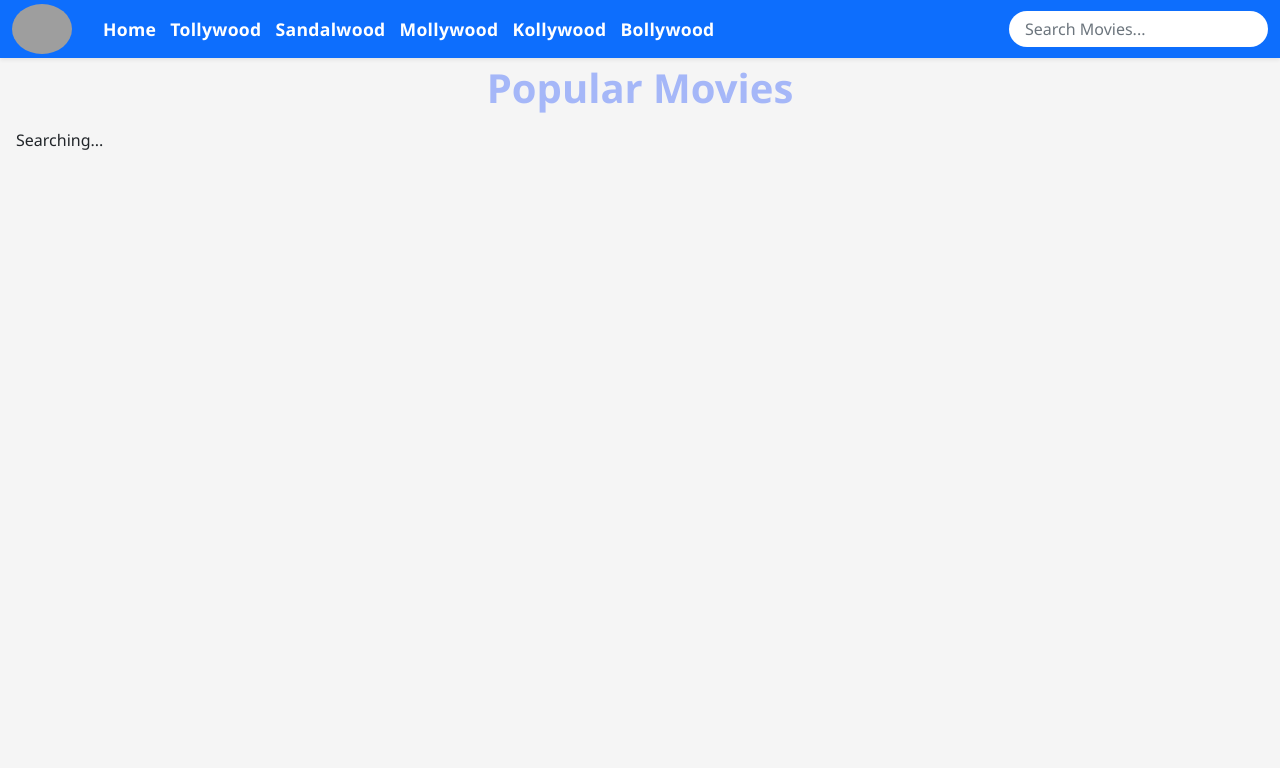
Repository: chandu7777158/Movies_spot
Page: /
An editor plug-in stored every save of this project. The page is shown before and after the next save, followed by the edit.
The browser window is 1280 px wide. The pictures show the whole page.
Pictures or frames that could not be fetched are drawn as grey boxes. The page's requests for data from a server got no answer. The project was rebuilt for these pictures with package versions that can differ from the ones it lists, and the page was loaded fresh each time. No one was signed in, and anything a server would have sent is missing. Also part of the build but not shown: vite.config.js, src/components/MovieCard.jsx.

Above is the page before, as saved 2026-01-29 10:47:09.

After the next save:
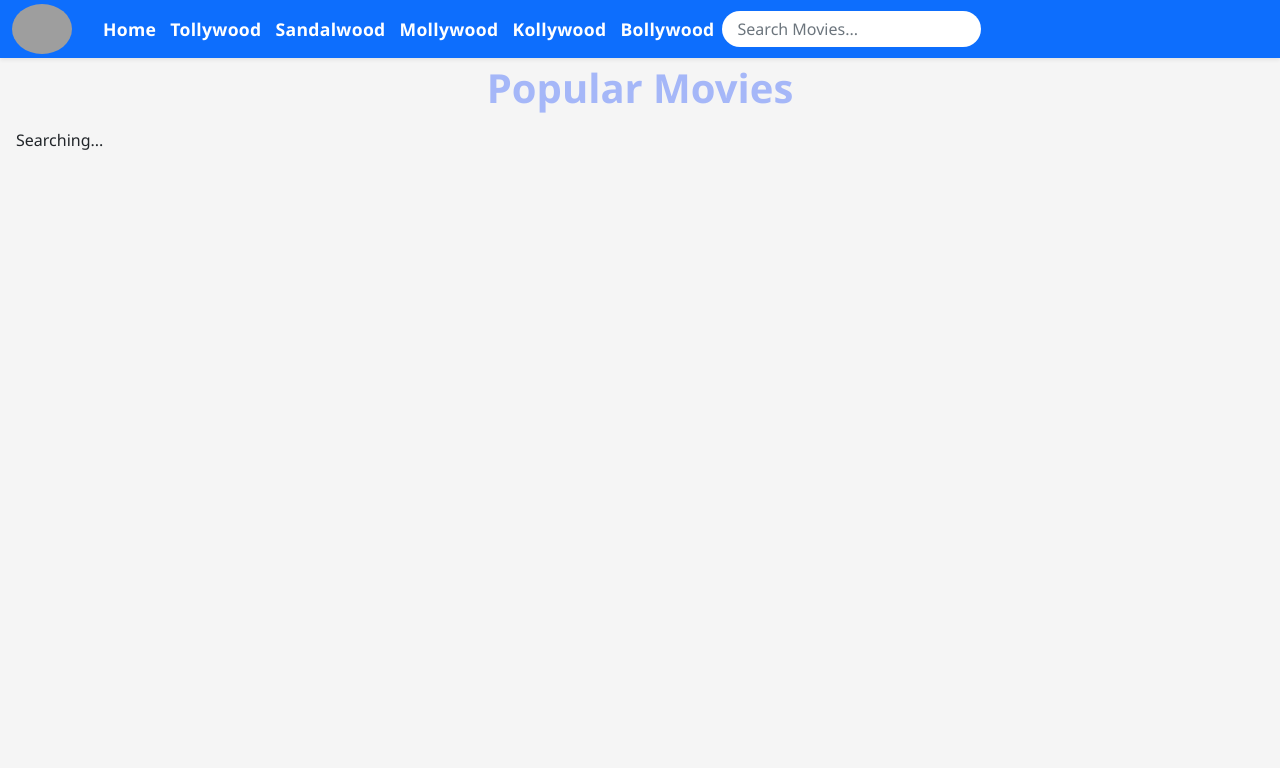
Saved 4 min 4 s later.
--- a/src/components/Navbar.jsx
+++ b/src/components/Navbar.jsx
@@ -64,7 +64,6 @@
                         ))}
                     </ul>
 
-                    <div className="me-auto"></div>
 
                     {/* Unified Search Form (Visible in collapse on mobile, inline on desktop) */}
                     {/*you aren't "calling" the function,When the event browser runs that function, it automatically injects an "Event Object" as the first argument */}

After the save that followed:
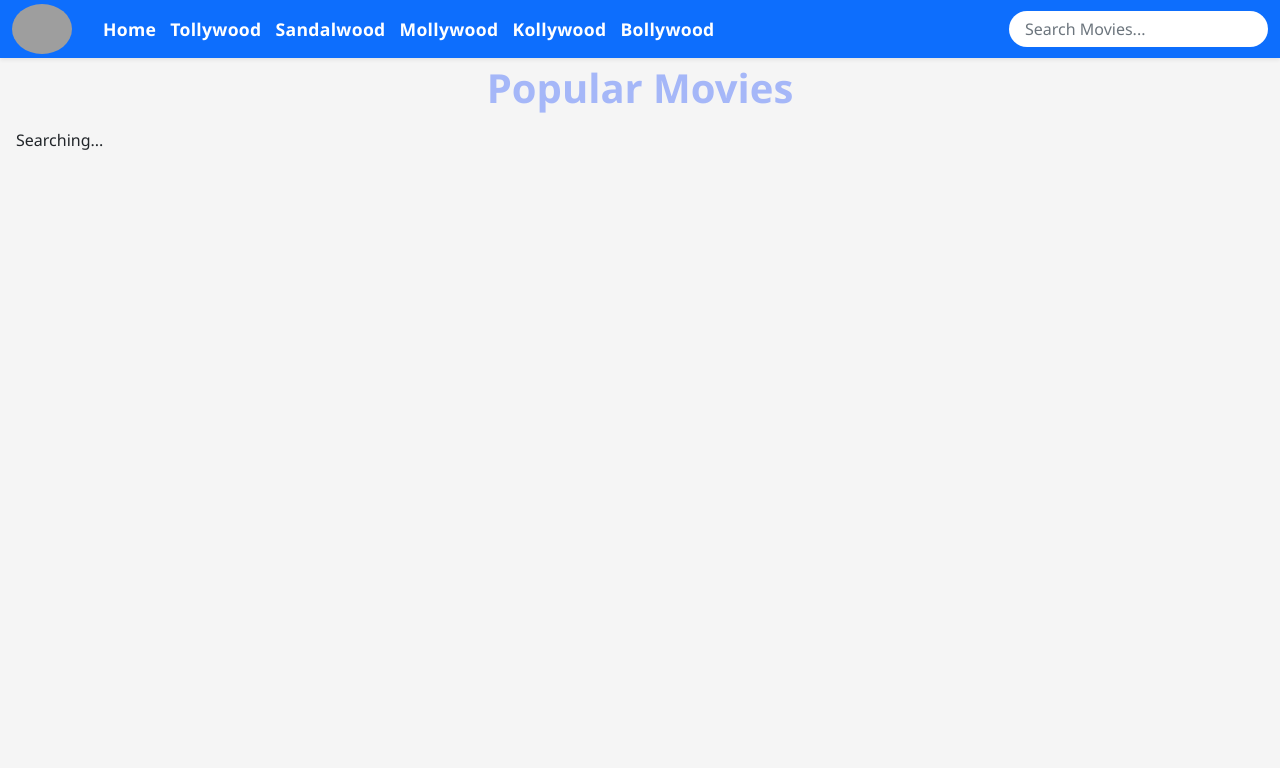
Saved 8 s later.
--- a/src/components/Navbar.jsx
+++ b/src/components/Navbar.jsx
@@ -64,6 +64,7 @@
                         ))}
                     </ul>
 
+                    <div className="me-auto"></div>
 
                     {/* Unified Search Form (Visible in collapse on mobile, inline on desktop) */}
                     {/*you aren't "calling" the function,When the event browser runs that function, it automatically injects an "Event Object" as the first argument */}
